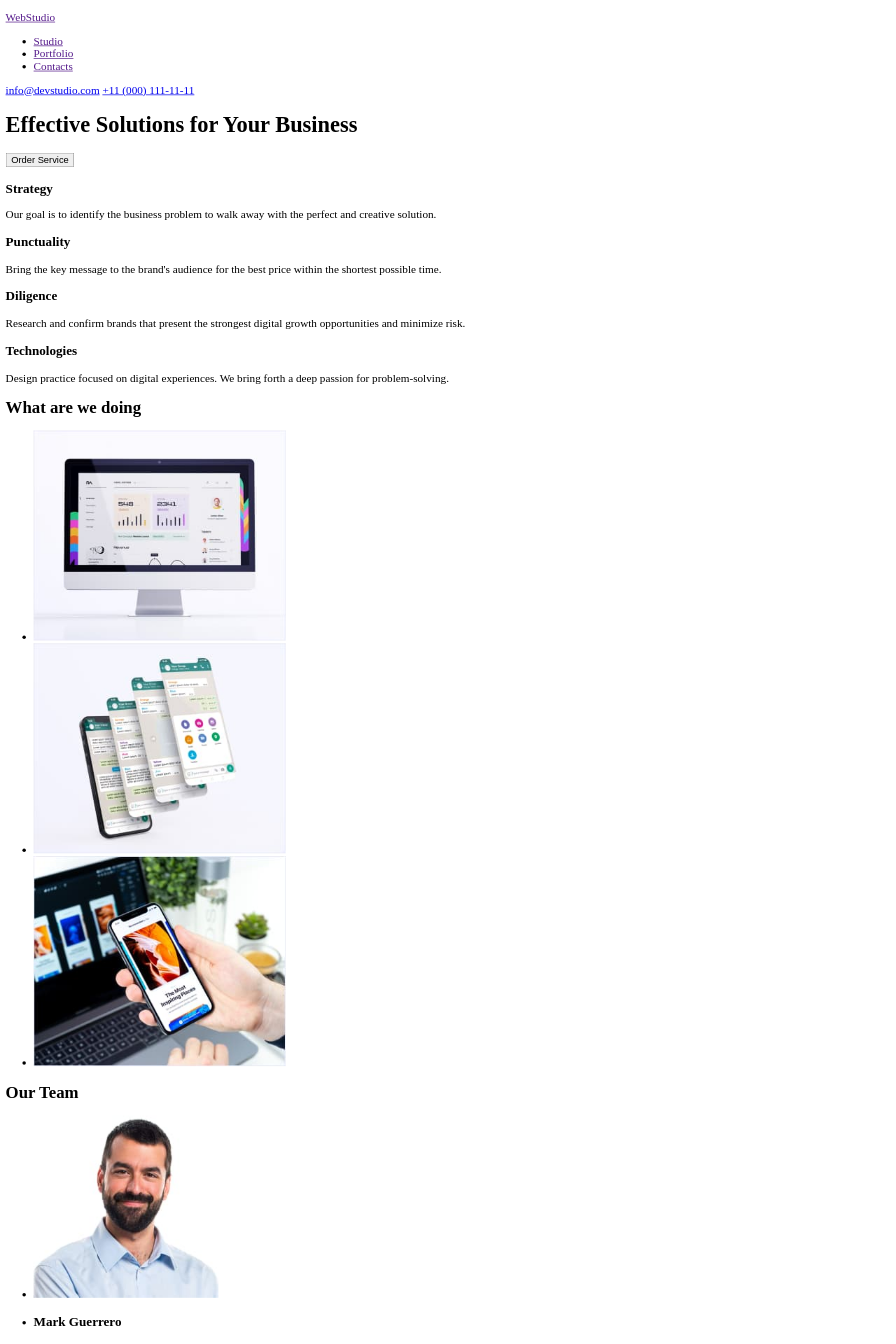
Repository: GrishchenkoNataliya/goit-markup-hw-02
Page: index.html
An editor plug-in stored every save of this project. The page is shown before and after the next save, followed by the edit.
The browser window is 1280 px wide. The pictures show the part of the page from y = 0 to 1920 px (the page is 3092 px tall before and 3079 px after), at 70% of full size.

Above is the page before, as saved 2023-02-26 22:23:49.

After the next save:
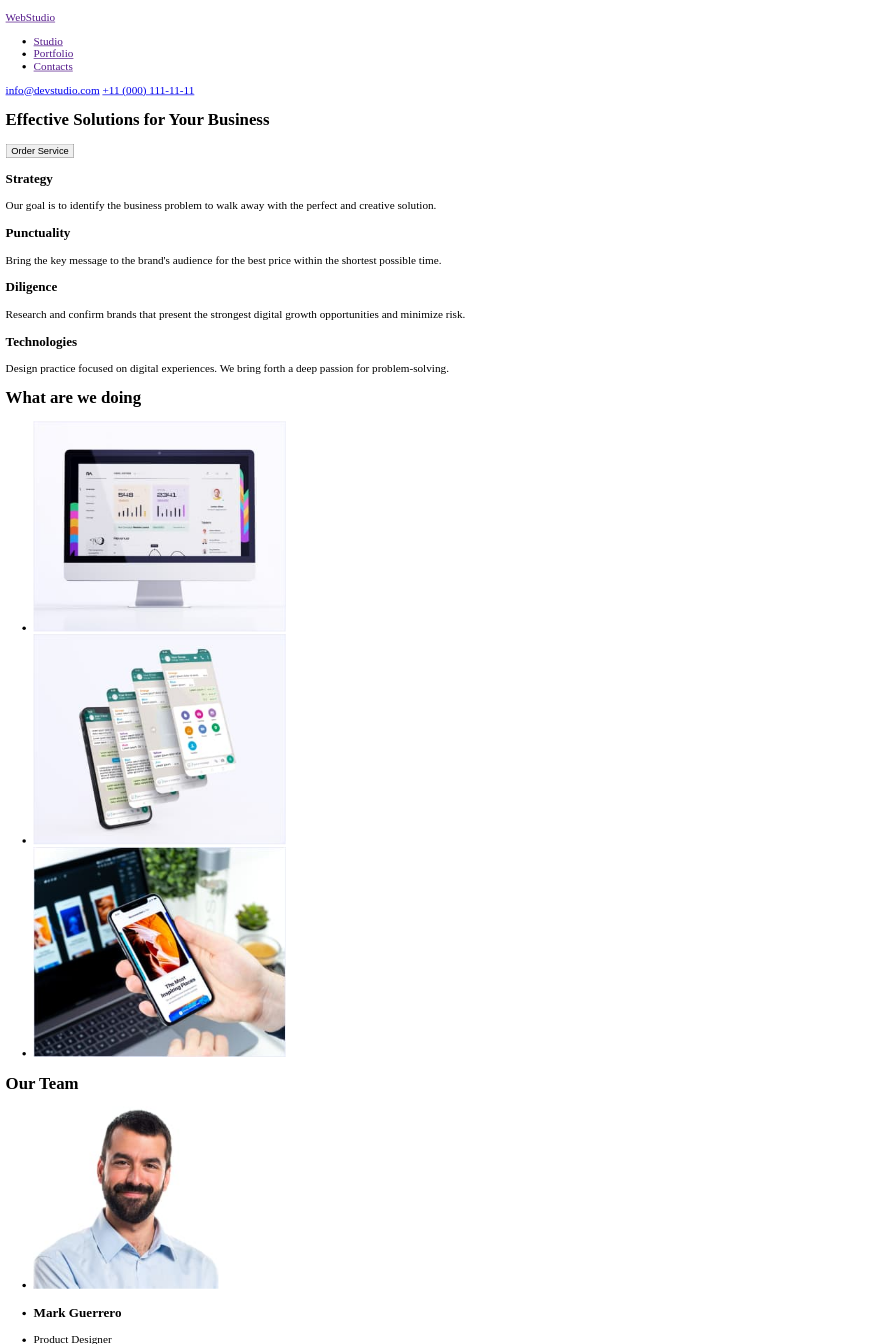
Saved 118 s later.
--- a/index.html
+++ b/index.html
@@ -46,13 +46,15 @@
         rel="noopener noreferrer nofollow"
         >+11 (000) 111-11-11</a
       >
-      <h1>Effective Solutions for Your Business</h1>
-      <button type="button">Order Service</button>
-      <!-- Dark-bg -->
     </header>
     <main>
       <section>
-        <h1 hidden>Effective Solutions for Your Business</h1>
+        <h1>Effective Solutions for Your Business</h1>
+        <button type="button">Order Service</button>
+        <!-- Dark-bg -->
+      </section>
+      <section>
+        <h1 hidden>Большой заголовок</h1>
         <h3>Strategy</h3>
         <p>
           Our goal is to identify the business problem to walk away with the
